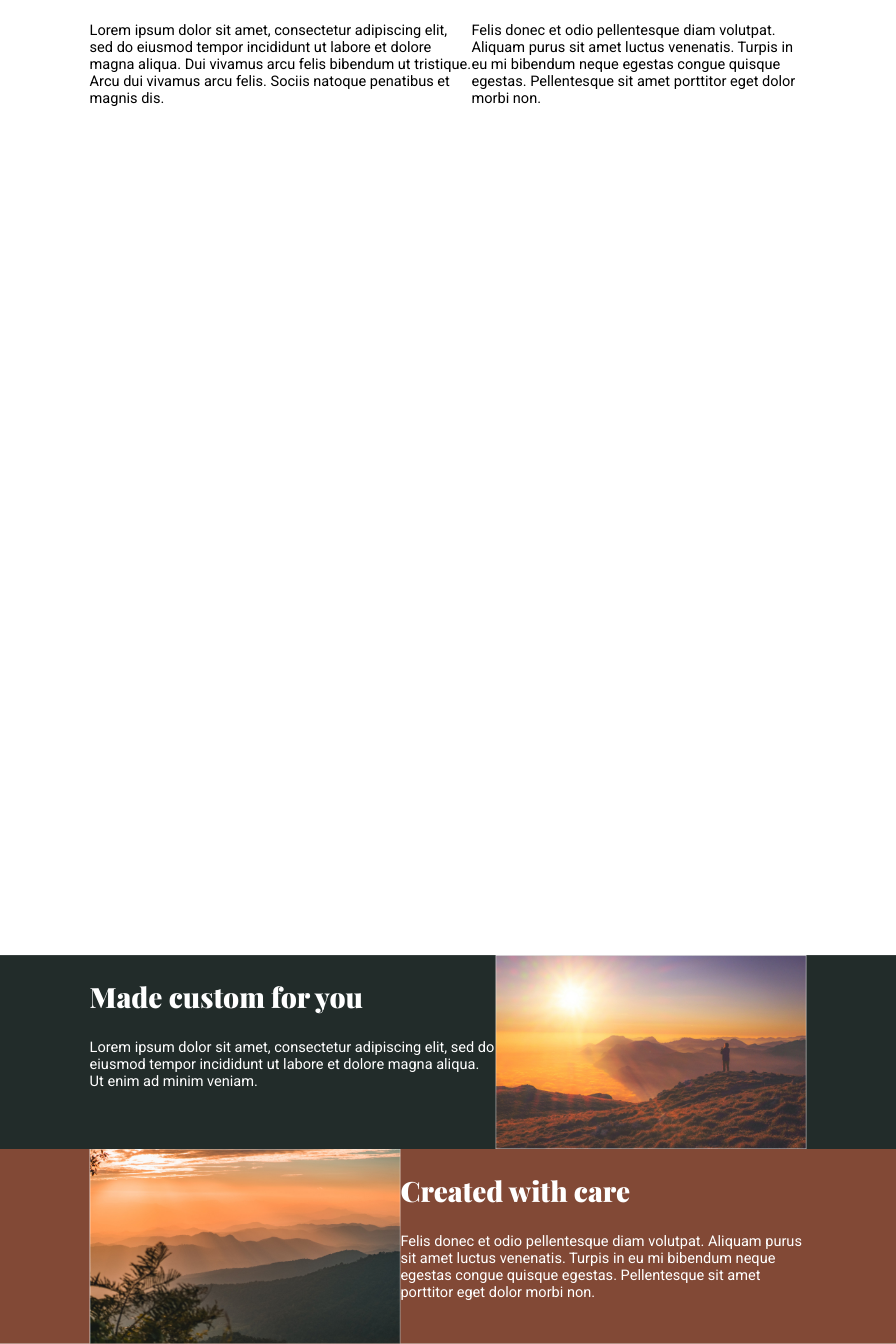
Repository: GregG21/Kevin-Powell-21-day-challange
Page: Day 12/index.html
These files come from the project's save history. The page is drawn as it stood at one moment and after the next save; the edit follows.
The browser window is 1280 px wide. The pictures show the part of the page from y = 768 to 2688 px (the page is 2688 px tall before and 2667 px after), at 70% of full size.
The style sheet was rebuilt from its Sass, Less or Tailwind sources for each picture, by a compiler version that may differ from the author's.

Above is the page before, as saved 2020-09-12 08:39:34.

### Day 12/index.html
<!DOCTYPE html>
<html lang="en">
  <head>
    <meta charset="UTF-8" />
    <meta name="viewport" content="width=device-width, initial-scale=1.0" />
    <title>Responsive layout</title>
    <link
      href="https://fonts.googleapis.com/css2?family=Playfair+Display:wght@900&family=Roboto:wght@300;400&display=swap"
      rel="stylesheet"
    />
    <link rel="stylesheet" href="/css/style.css" />
  </head>
  <body>
    <section class="hero">
      <div class="container display-flex">
        <div class="hero__text">
          <p>lorem ipsum sit</p>
          <h1>Responsive layouts don’t have to be a struggle</h1>
        </div>
      </div>
    </section>

    <main>
      <section class="container section__one">
        <h2 class="section__title display-flex">Quality Designs</h2>
        <div class="display-flex">
          <p>
            Lorem ipsum dolor sit amet, consectetur adipiscing elit, sed do
            eiusmod tempor incididunt ut labore et dolore magna aliqua. Dui
            vivamus arcu felis bibendum ut tristique. Arcu dui vivamus arcu
            felis. Sociis natoque penatibus et magnis dis.
          </p>
          <p>
            Felis donec et odio pellentesque diam volutpat. Aliquam purus sit
            amet luctus venenatis. Turpis in eu mi bibendum neque egestas congue
            quisque egestas. Pellentesque sit amet porttitor eget dolor morbi
            non.
          </p>
        </div>
      </section>

      <section class="section__two">
        <div class="container display-flex">
          <div class="section__two--text">
            <h2>Made custom for you</h2>
            <p>
              Lorem ipsum dolor sit amet, consectetur adipiscing elit, sed do
              eiusmod tempor incididunt ut labore et dolore magna aliqua. Ut
              enim ad minim veniam.
            </p>

          </div>
        <img src="/image-01.jpg" alt="sunset" />

        </div>
      </section>

      <section class="section__three ">
        <div class="container display-flex">
        <img  src="/image-02.jpg" loading="lazy" alt="sunset and fog" />

          <div class="section__three--text">
          <h2>Created with care</h2>
          <p>
          Felis donec et odio pellentesque diam volutpat. Aliquam purus sit
          amet luctus venenatis. Turpis in eu mi bibendum neque egestas congue
          quisque egestas. Pellentesque sit amet porttitor eget dolor morbi
          non.
          </p>
        </div>

        </div>
      </section>
    </main>
  </body>
</html>

### Day 12/style.scss
// font-family: 'Playfair Display', serif;

// font-family: 'Roboto', sans-serif;
$brown-color: #824936;
$black-color: #222C2A;
$baige-color: #F3EED9;


*, *::before, *::after {
    box-sizing: border-box;
}

body {
    margin: 0;
    padding: 0;
    font-family: 'Roboto', sans-serif;
}
img {
    max-width: 100%;
}

h1 {
    font-size: 4rem;
    font-family: 'Playfair Display', serif;
    font-weight: 900;
}
h2 {
    font-size: 2.5rem;
    font-family: 'Playfair Display', serif;
    font-weight: 900;
}
p {
    font-size: 1.3rem;
    font-family: 'Roboto', sans-serif;
    font-weight: 400;
}





.container {
    width: 80%;
    max-width: 1128px;
    margin: 0 auto;
}

.display-flex {
    display: flex;
}

.hero {
    background-color: $baige-color;
    color: $brown-color;
    display: flex;
    justify-content: center;
    align-items: center;
    min-height: 660px;

}
.hero__text {
    display: flex;
    flex-direction: column;
    text-align: center;
    line-height: 1;

    h1 {
        margin-top: 0;
    }
    p {
        text-transform: uppercase;
        letter-spacing: .5em;
        color: $black-color;
    }
}

.section__title {
    color: $brown-color;
    justify-content: center;
}
.section__one {
    height: 200vh;
}
.section__two {
    background-color: $black-color;
    color: white;
}
.section__three {
    background-color: $brown-color;
    color: white;

}
.section__img {
    width: 40%;
}

.section__text {
    width: 40%;
}

After the next save:
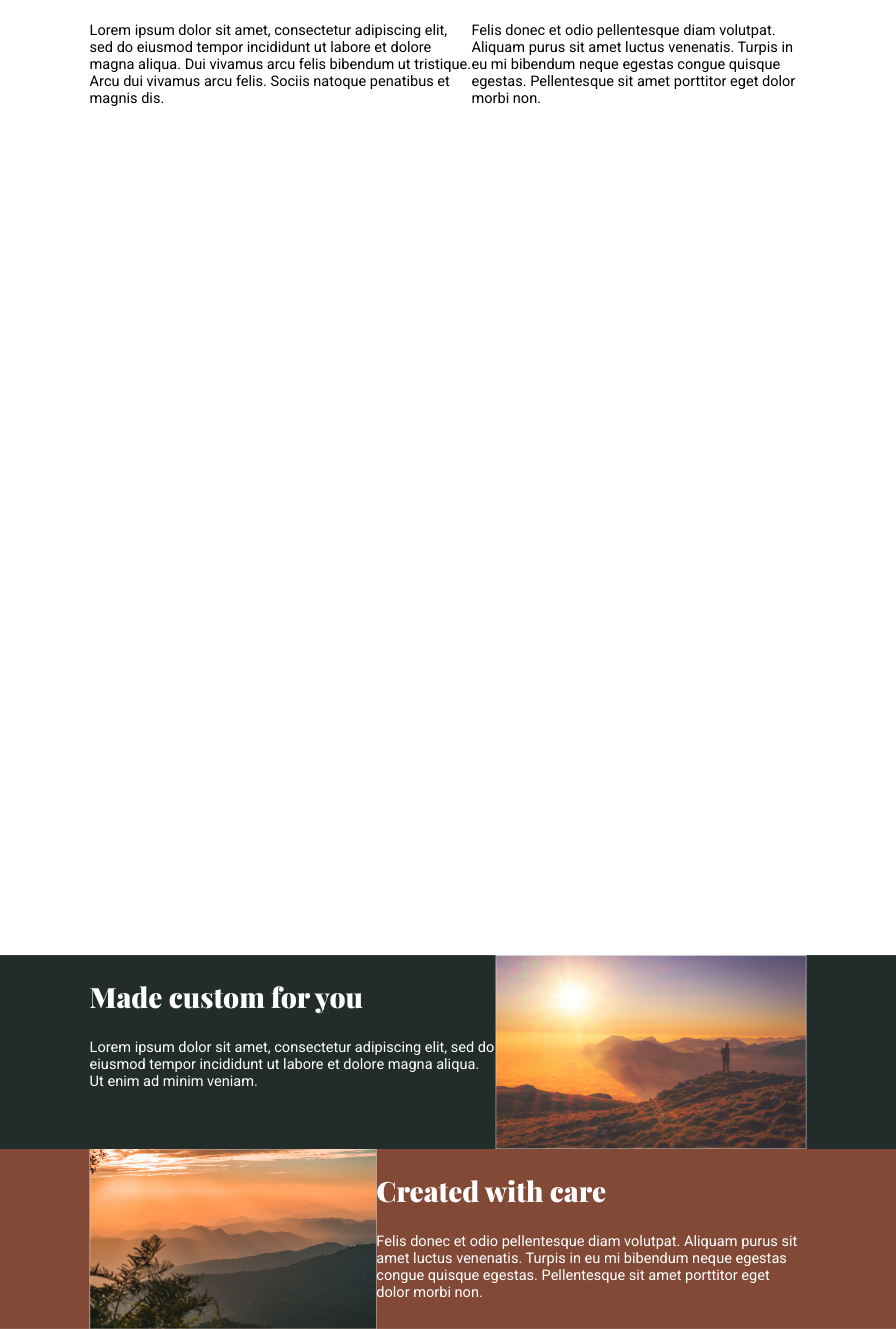
Saved 25 s later.
--- a/Day 12/index.html
+++ b/Day 12/index.html
@@ -57,7 +57,7 @@
 
       <section class="section__three ">
         <div class="container display-flex">
-        <img  src="/image-02.jpg" loading="lazy" alt="sunset and fog" />
+        <img class="section__img"  src="/image-02.jpg" loading="lazy" alt="sunset and fog" />
 
           <div class="section__three--text">
           <h2>Created with care</h2>
